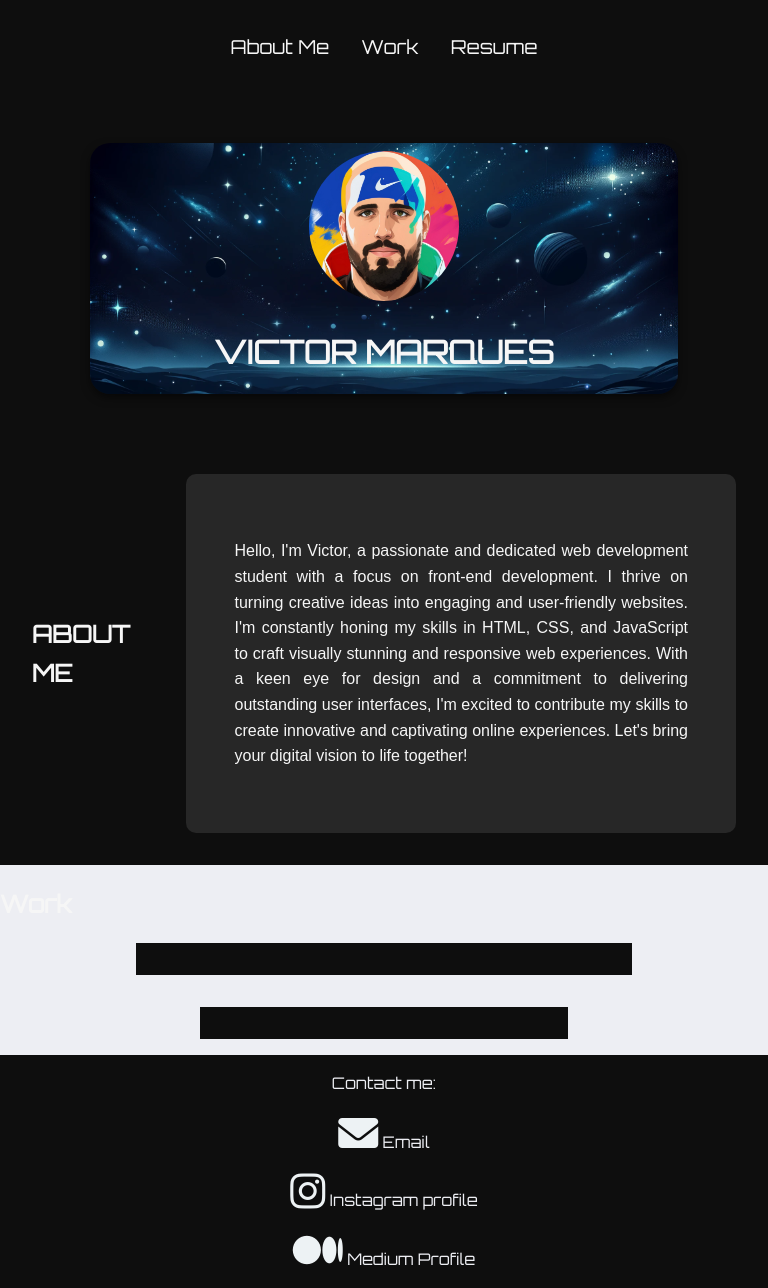
Repository: uvee35/Challenge2-Victor
Page: index.html
An editor plug-in stored every save of this project. The page is shown before and after the next save, followed by the edit.
The browser window is 768 px wide. The pictures show the whole page.

Above is the page before, as saved 2023-12-11 23:09:10.

### index.html
<!DOCTYPE html>
<html lang="en-gb">
  <head>
    <meta charset="UTF-8" />
    <meta name="viewport" content="width=device-width, initial-scale=1.0" />
    <meta http-equiv="X-UA-Compatible" content="ie=edge" />
    <title>Victor Marques Portfolio</title>
    <link rel="stylesheet" href="assets/style.css" />
    <link
      href="https://cdnjs.cloudflare.com/ajax/libs/font-awesome/6.0.0-beta3/css/all.min.css"
      rel="stylesheet"
    />
    <link
      href="https://fonts.googleapis.com/css?family=Orbitron&display=swap"
      rel="stylesheet"
    />
  </head>

  <body>
    <header class="header">
      <nav class="header__nav">
        <ul class="nav__list">
          <li class="nav__item">
            <a href="#about-me" class="nav__link">About Me</a>
          </li>
          <li class="nav__item"><a href="#work" class="nav__link">Work</a></li>
          <li class="nav__item">
            <a href="#resume" class="nav__link">Resume</a>
          </li>
        </ul>
      </nav>
    </header>

    <section class="hero-banner">
      <div class="hero-banner__content">
        <img src="..///assets/victor.JPG" alt="Victor" class="about__image" />
        <h1>VICTOR MARQUES</h1>
      </div>
    </section>

    <main class="page-wrapper">
      <section id="about-me"></section>
      <section class="about-section">
        <h2 class="about-title">ABOUT ME</h2>
        <div class="about-box">
          <p class="about-me-text">
            Hello, I'm Victor, a passionate and dedicated web development
            student with a focus on front-end development. I thrive on turning
            creative ideas into engaging and user-friendly websites. I'm
            constantly honing my skills in HTML, CSS, and JavaScript to craft
            visually stunning and responsive web experiences. With a keen eye
            for design and a commitment to delivering outstanding user
            interfaces, I'm excited to contribute my skills to create innovative
            and captivating online experiences. Let's bring your digital vision
            to life together!
          </p>
        </div>
      </section>

      <section class="page-section" id="work">
        <h2>Work</h2>
        <div class="work__projects">
          <a class="project project--featured"></a>
          <div class="project">
            <!-- Other project content -->
          </div>
          <!-- Repeat for other projects as necessary -->
        </div>
      </section>
    </main>

    <footer class="footer">
      <div class="footer__contact-info">
        <span class="footer__contact-header">Contact me: </span>
        <a href="mailto:victormarquesrina@hotmail.com" class="contact-link">
          <i class="fas fa-envelope social-icon"></i>
          <span>Email</span>
        </a>
        <a href="https://www.instagram.com/Uvee35" class="contact-link">
          <i class="fab fa-instagram social-icon"></i>
          <span>Instagram profile</span>
        </a>
        <a href="https://medium.com/@victor5.vm58" class="contact-link">
          <i class="fab fa-medium social-icon"></i>
          <span>Medium Profile</span>
        </a>
      </div>
    </footer>
  </body>
</html>

### assets/style.css
:root {
  --primary-color: #edeef3;
  --secondary-color: #0e0e0e;
  --accent-color: #edf2f4;
  --font-color: #f6f6f6;
  --font-family: 'Orbitron', sans-serif;
}

*,
*::before,
*::after {
  box-sizing: border-box;
}

body {
  font-family: var(--font-family);
  color: var(--font-color);
  background-color: var(--primary-color);
  line-height: 1.6;
  margin: 0;
  padding: 0;
  display: flex;
  flex-direction: column;
  min-height: 100vh;
}

.header {
  display: flex;
  justify-content: center; /* This will center the navigation items */
  align-items: center; /* This will vertically center the items if the header has a specific height */
  padding: 1rem;
  background-color: #0e0e0e;
}


.nav__list {
  display: flex;
  justify-content: center; /* Center the list items horizontally */
  align-items: center; /* Center the list items vertically */
  list-style: none;
  padding: 0; /* Remove default padding */
}


.nav__item {
  margin: 0 1rem;
}

.nav__link {
  color: var(--font-color);
  text-decoration: none;
  font-size: 1.2rem;
}

.hero-banner {
  padding: 1rem; /* Reduced padding */
  text-align: center; /* Center content */
  background-color: #0e0e0e;
}

.hero-banner__content {
  /* If you want to limit the width of the content area */
  max-width: 600px; /* Adjust as needed */
  margin: auto; /* Center the content area if max-width is set */
  background-image: url(..//assets/background.png);
  background-size: cover;
  background-position: center;
  padding: 0.5rem 0; /* Adjust the padding to resize the section */
  text-align: center;
  display: flex;
  flex-direction: column; /* Stack children vertically */
  align-items: center; /* Center-align children horizontally */
  justify-content: center; /* Center-align children vertically */
  border-radius: 20px; /* Add rounded corners */
  margin: 2rem; /* Add some margin around the section */
  box-shadow: 0 4px 8px rgba(0, 0, 0, 0.5); /* Optional: Add shadow for depth */
  width: 80%; /* Adjust width to your liking */
  max-width: 1200px; /* Optional: Set a max-width */
  margin-left: auto; /* Margins auto for center alignment */
  margin-right: auto;
}


.hero-banner h1 {
  font-size: 2rem; /* Smaller font size for the main heading */
  margin-bottom: 0.5rem; /* Adjust spacing as needed */

}




.about__image {
  width: 150px; /* New, smaller width */
  height: 150px; /* New, smaller height */
  border-radius: 50%; /* To keep the circular shape */
  object-fit: cover; /* To maintain aspect ratio */
}


.about-section {
  background-color: var(--secondary-color);
  padding: 2rem;
  display: flex;
  justify-content: space-between;
  align-items: center;

}

.about-title {
  color: var(--font-color);
  font-size: 1.5rem;
  margin-right: 2rem; /* Adjust space between title and box */
}

.about-box {
  flex-grow: 1;
  background: rgba(255, 255, 255, 0.1); /* Semi-transparent white */
  padding: 2rem;
  border-radius: 10px;
  color: var(--font-color);
  font-size: 1rem;
  text-align: justify;
  font-family: Arial, Helvetica, sans-serif;
}

.work__projects {
  display: flex;
  flex-wrap: wrap;
  gap: 1rem;
  justify-content: center;
}

.project {
  background-color: var(--secondary-color);
  padding: 1rem;
  width: calc(33.333% - 1rem);
  margin-bottom: 1rem;
}

.project--featured {
  width: calc(66.666% - 1rem);
}

.project img {
  max-width: 100%;
  height: auto;
  border: 3px solid var(--accent-color);
}

.footer {
  background-color: var(--secondary-color);
  color: var(--primary-color);
  text-align: center;
  padding: 1rem 0;
  display: flex;
  justify-content: space-around;
  align-items: center;
  margin-top: auto; /* Pushes the footer to the bottom */
}

.footer a {
  color: var(--primary-color);
  text-decoration: none;
}

.footer__contact-info {
  display: flex;
  justify-content: space-around;
  align-items: center;
  width: 100%;
}

.social-icon {
  font-size: 2rem;
  color: var(--accent-color);
}

/* Media Queries for Responsive Design */
@media (max-width: 768px) {
  .project {
    width: calc(50% - 1rem);
  }

  .project--featured {
    width: calc(66.666% - 1rem);
  }

  .about-box {
    width: 90%; /* Adjusted from 100% to 90% */
    padding: 3rem; /* Added padding for better readability */
  }

  .footer__contact-info {
    flex-direction: column; /* Stack contact info vertically */
    gap: 1rem; /* Add spacing between contact info items */
  }

  .social-icon {
    font-size: 2.5rem; /* Increased icon size for better visibility */
  }
}

@media (max-width: 480px) {
  .nav__list {
    flex-direction: column;
    align-items: center;
  }

  .nav__item {
    margin-bottom: 0.5rem;
  }

  .project,
  .project--featured {
    width: 100%;
  }

  .about-section {
    flex-direction: column;
    text-align: center;
  }
  .hero-banner__content{
    background-image: url(..//assets/background.png);
  }

  .about-title {
    margin: 0 0 1rem 0;
  }

  .about-box {
    padding: 1rem; /* Added padding for better readability */
  }

  .footer__contact-info {
    flex-direction: column; /* Stack contact info vertically */
    gap: 1rem; /* Add spacing between contact info items */
  }

  .social-icon {
    font-size: 2.5rem; /* Increased icon size for better visibility */
  }
}

After the next save:
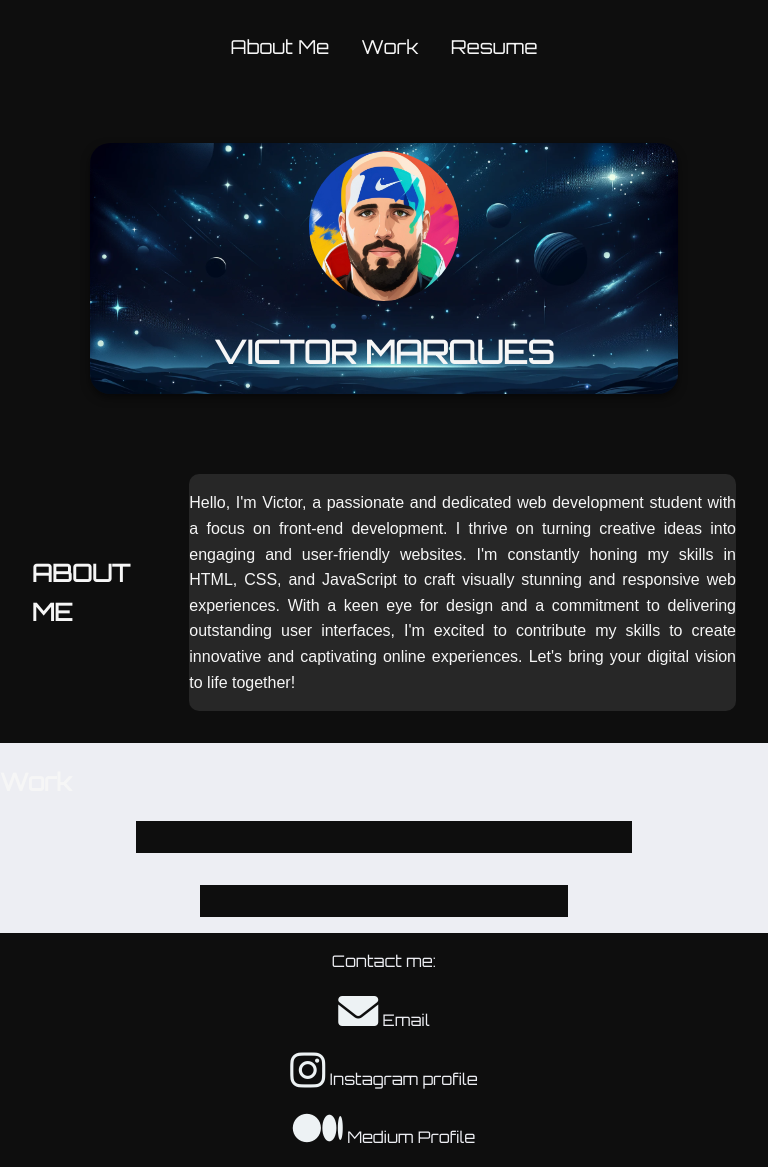
Saved 5 s later.
--- a/assets/style.css
+++ b/assets/style.css
@@ -188,7 +188,7 @@
 
   .about-box {
     width: 90%; /* Adjusted from 100% to 90% */
-    padding: 3rem; /* Added padding for better readability */
+    padding: 0rem; /* Added padding for better readability */
   }
 
   .footer__contact-info {
